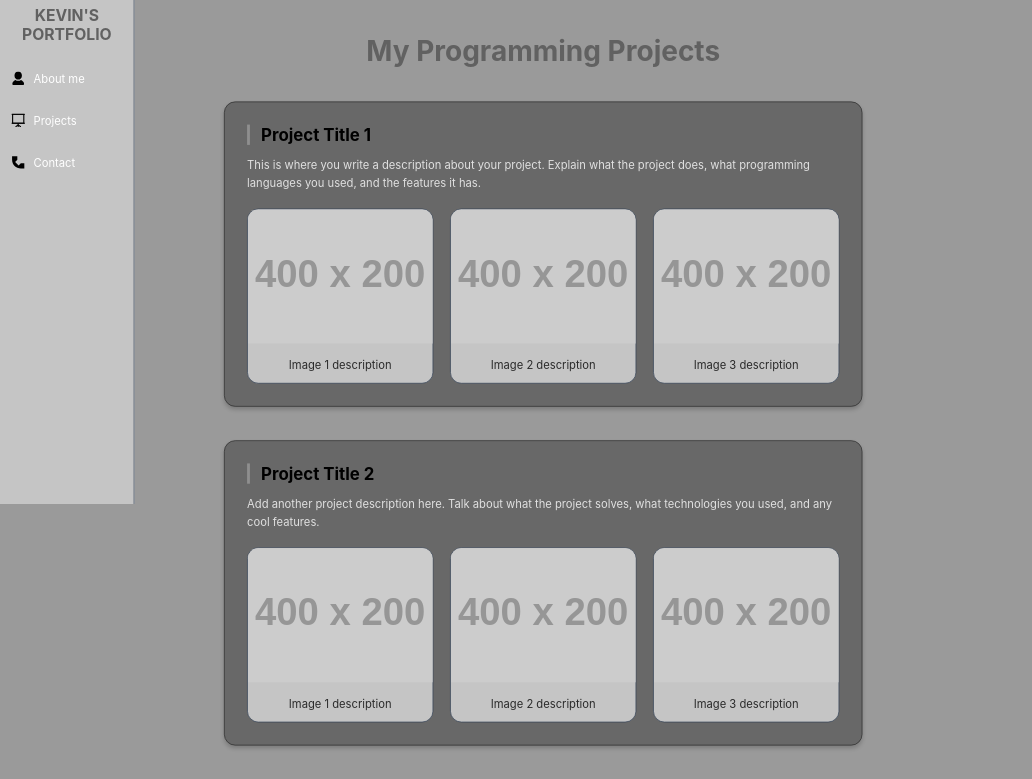
Repository: KevinSamaha/Kevin_Samaha
Page: pages/projects.html
An editor plug-in stored every save of this project. The page is shown before and after the next save, followed by the edit.
The browser window is 1280 px wide. The page is 1280 px wide, then 1474 px, so the pictures cover 1474 px, including what lies to the right of the window. The pictures show the part of the page from y = 0 to 1680 px (the page is 1113 px tall before and 2501 px after), at 70% of full size.

Above is the page before, as saved 2026-05-13 23:26:45.

### pages/projects.html
<!doctype html>
<html lang="en">
  <head>
    <meta charset="UTF-8" />
    <meta name="viewport" content="width=device-width, initial-scale=1.0" />
    <title>My Programming Projects</title>

    <link rel="stylesheet" href="../styles/projects.css" />
  </head>

  <body>
    <!-- SIDEBAR -->
    <header>
      <h2 class="logo">KEVIN'S PORTFOLIO</h2>

      <nav>
        <ul class="sidebarcontainer">
          <li>
            <a class="sidebar" href="index.html">
              <img src="../Assets/images/me.svg" class="icon" />
              About me</a
            >
          </li>

          <li>
            <a class="sidebar" href="projects.html">
              <img src="../Assets/images/project.svg" class="icon" />
              Projects</a
            >
          </li>

          <li>
            <a class="sidebar" href="contact.html">
              <img src="../Assets/images/phone.svg" class="icon" />
              Contact</a
            >
          </li>
        </ul>
      </nav>
    </header>

    <!-- MAIN -->
    <main>
      <h1>My Programming Projects</h1>

      <div class="projects-container">
        <!-- PROJECT 1 -->
        <section class="project-card">
          <article>
            <h2 class="project-title">Project Title 1</h2>

            <p class="project-description">
              This is where you write a description about your project. Explain
              what the project does, what programming languages you used, and
              the features it has.
            </p>
          </article>

          <section class="image-gallery">
            <article class="image-card">
              <img src="https://via.placeholder.com/400x200" alt="" />
              <p class="image-description">Image 1 description</p>
            </article>

            <article class="image-card">
              <img src="https://via.placeholder.com/400x200" alt="" />
              <p class="image-description">Image 2 description</p>
            </article>

            <article class="image-card">
              <img src="https://via.placeholder.com/400x200" alt="" />
              <p class="image-description">Image 3 description</p>
            </article>
          </section>
        </section>

        <!-- PROJECT 2 -->
        <section class="project-card">
          <article>
            <h2 class="project-title">Project Title 2</h2>

            <p class="project-description">
              Add another project description here. Talk about what the project
              solves, what technologies you used, and any cool features.
            </p>
          </article>

          <section class="image-gallery">
            <article class="image-card">
              <img src="https://via.placeholder.com/400x200" alt="" />
              <p class="image-description">Image 1 description</p>
            </article>

            <article class="image-card">
              <img src="https://via.placeholder.com/400x200" alt="" />
              <p class="image-description">Image 2 description</p>
            </article>

            <article class="image-card">
              <img src="https://via.placeholder.com/400x200" alt="" />
              <p class="image-description">Image 3 description</p>
            </article>
          </section>
        </section>
      </div>
    </main>
  </body>
</html>

### styles/projects.css
/* GENERAL */
* {
  margin: 0;
  padding: 0;
  box-sizing: border-box;
  font-family: "Inter", sans-serif;
}

body {
  background-color: #00000065;
  color: white;
  min-height: 100vh;
  display: flex;
}

/* =========================
   SIDEBAR (shared)
========================= */

header {
  width: 12%;
  min-width: 12rem;
  height: 100vh;
  background-color: #c5c5c5;
  border-right: 0.0625rem solid #334155;
  position: fixed;
  display: flex;
  flex-direction: column;
  gap: 2rem;
  padding: 0.5rem;
}

.logo {
  font-size: 1.4rem;
  font-weight: 700;
  color: #616161;
  text-align: center;
}

.sidebarcontainer {
  list-style: none;
  display: flex;
  flex-direction: column;
  gap: 1.5rem;
}

.sidebar {
  display: flex;
  align-items: center;
  gap: 0.75rem;

  text-decoration: none;
  color: #ffffff;

  padding: 0.5rem;
  border-radius: 0.5rem;

  transition: 0.2s ease;
}

.sidebar:hover {
  background-color: #8f8f8f;
}
.icon {
  width: 1.25rem;
  height: 1.25rem;
}
/* =========================
   MAIN AREA
========================= */

main {
  margin-left: 17rem;
  width: 100%;
  padding: 3rem;
}

/* TITLE */
h1 {
  text-align: center;
  margin-bottom: 3rem;
  font-size: 2.5rem;
  color: #616161;
}

/* =========================
   PROJECTS
========================= */

.projects-container {
  display: flex;
  flex-direction: column;
  gap: 3rem;
}

.project-card {
  background-color: #686868;
  padding: 2rem;
  border-radius: 1rem;
  border: 0.0625rem solid #2b2b2b;
  box-shadow: 0 0.25rem 0.375rem rgba(0, 0, 0, 0.2);
}

.project-title {
  font-size: 1.5rem;
  margin-bottom: 1rem;
  color: #000;
  border-left: 0.25rem solid #8f8f8f;
  padding-left: 1rem;
}

.project-description {
  margin-bottom: 1.5rem;
  line-height: 1.6;
  color: #e0e0e0;
}

/* =========================
   IMAGE GRID
========================= */

.image-gallery {
  display: grid;
  grid-template-columns: repeat(auto-fit, minmax(15rem, 1fr));
  gap: 1.5rem;
}

.image-card {
  background-color: #c5c5c5;
  border-radius: 1rem;
  overflow: hidden;
  border: 0.0625rem solid #334155;
  transition: transform 0.3s ease;
}

.image-card:hover {
  transform: scale(1.03);
}

.image-card img {
  width: 100%;
  height: 12rem;
  object-fit: cover;
}

.image-description {
  padding: 1rem;
  text-align: center;
  color: #2b2b2b;
}

/* =========================
   MOBILE
========================= */

@media (max-width: 64rem) {
  header {
    width: 100%;
    height: auto;
    position: fixed;
    flex-direction: row;
    justify-content: space-between;
  }

  main {
    margin-left: 0;
    margin-top: 10rem;
    padding: 1.5rem;
  }
}

After the next save:
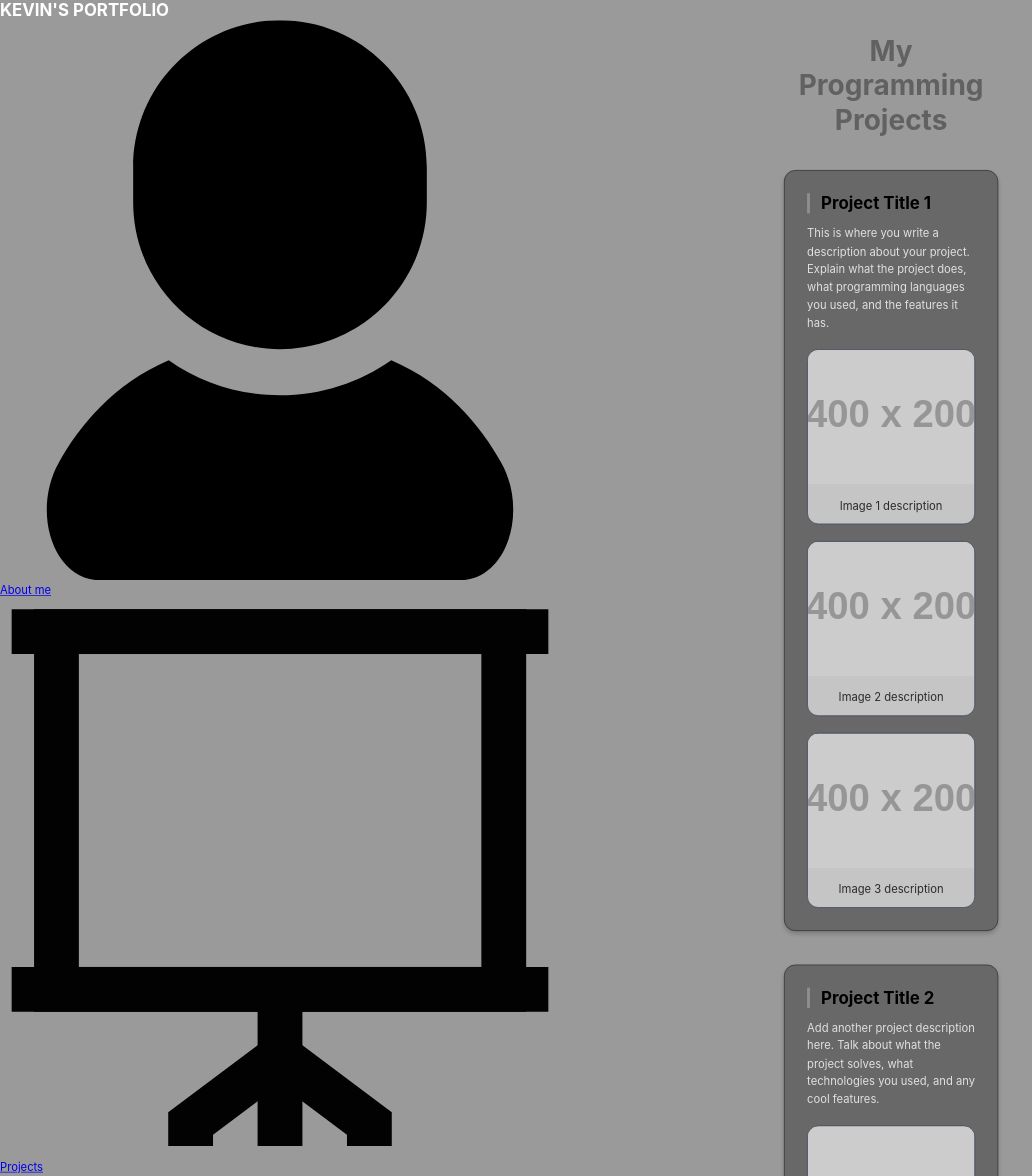
Saved 18 s later.
--- a/styles/projects.css
+++ b/styles/projects.css
@@ -13,58 +13,6 @@ body {
   display: flex;
 }
 
-/* =========================
-   SIDEBAR (shared)
-========================= */
-
-header {
-  width: 12%;
-  min-width: 12rem;
-  height: 100vh;
-  background-color: #c5c5c5;
-  border-right: 0.0625rem solid #334155;
-  position: fixed;
-  display: flex;
-  flex-direction: column;
-  gap: 2rem;
-  padding: 0.5rem;
-}
-
-.logo {
-  font-size: 1.4rem;
-  font-weight: 700;
-  color: #616161;
-  text-align: center;
-}
-
-.sidebarcontainer {
-  list-style: none;
-  display: flex;
-  flex-direction: column;
-  gap: 1.5rem;
-}
-
-.sidebar {
-  display: flex;
-  align-items: center;
-  gap: 0.75rem;
-
-  text-decoration: none;
-  color: #ffffff;
-
-  padding: 0.5rem;
-  border-radius: 0.5rem;
-
-  transition: 0.2s ease;
-}
-
-.sidebar:hover {
-  background-color: #8f8f8f;
-}
-.icon {
-  width: 1.25rem;
-  height: 1.25rem;
-}
 /* =========================
    MAIN AREA
 ========================= */
